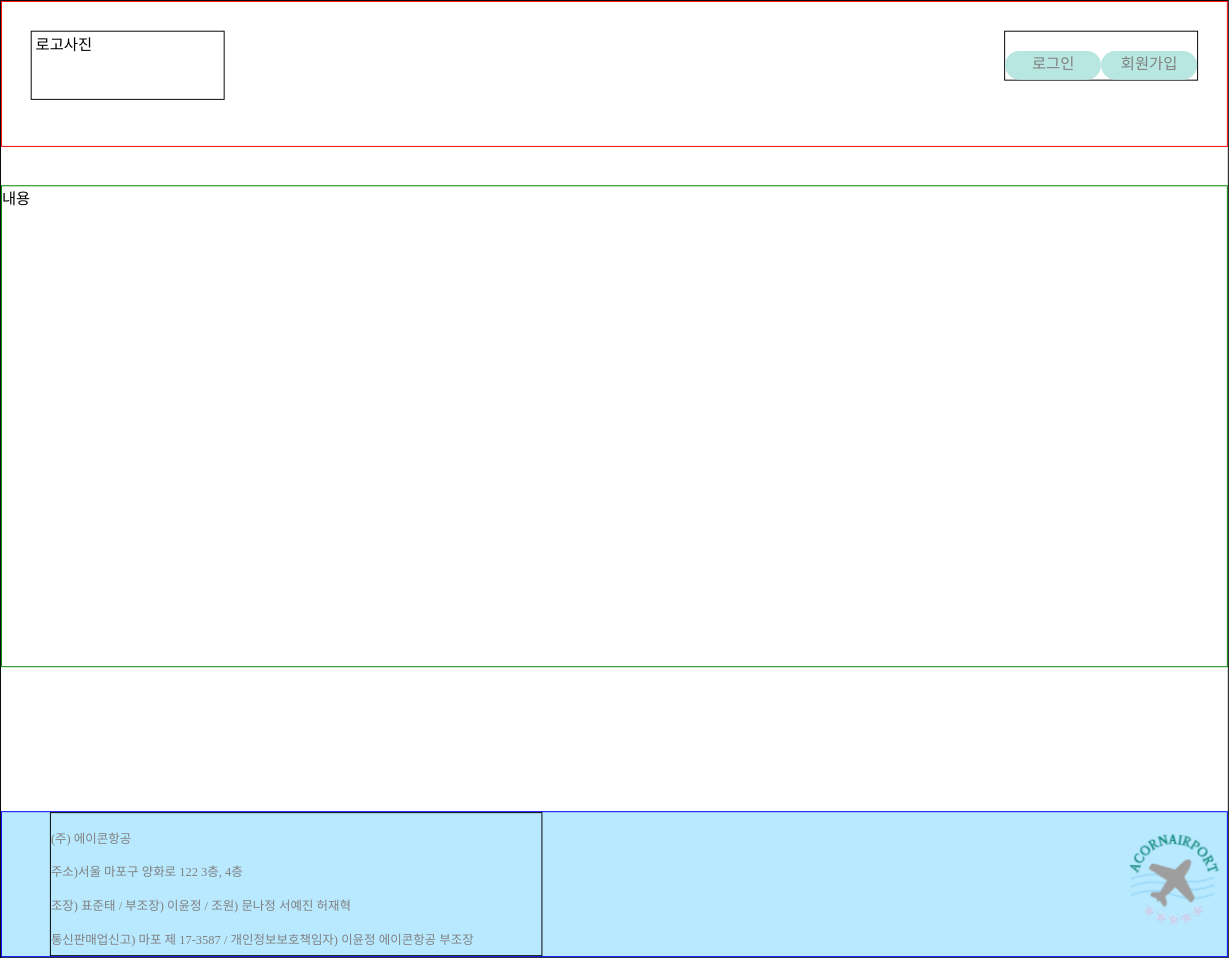
Repository: juntae710/Acorn_AirlineReservation_Project
Page: http://localhost/prj3_1/WEB-INF/views/h_index.jsp
An editor plug-in stored every save of this project. The page is shown before and after the next save, followed by the edit.
The browser window is 1280 px wide. The pictures show the whole page, at 96% of full size.
The page is served by Tomcat 9. Nobody is signed in. The template is opened directly, without the code that normally fills it, so the values that code supplies are empty.

Above is the page before, as saved 2023-09-20 02:19:21.

After the next save:
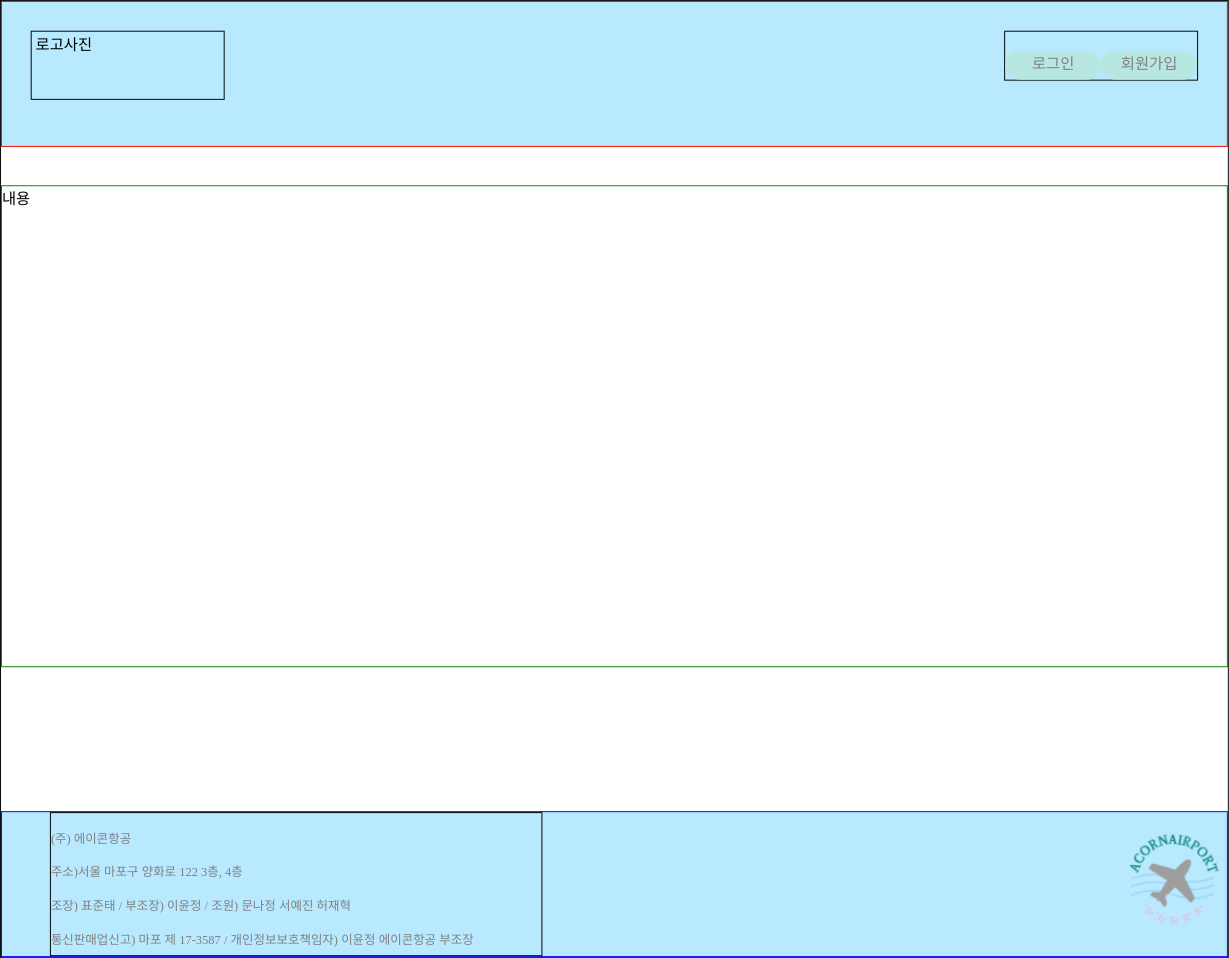
Saved 18 s later.
--- a/Eclipse/prj3_1/src/main/webapp/WEB-INF/views/h_index.jsp
+++ b/Eclipse/prj3_1/src/main/webapp/WEB-INF/views/h_index.jsp
@@ -16,10 +16,10 @@ main {
 
 header {
 	border: 1px solid red;
+	background-color:#B8E9FF;
 	height: 150px;
 	display: flex;
 	position: relative;
-
 }
 
 .headerimg {
